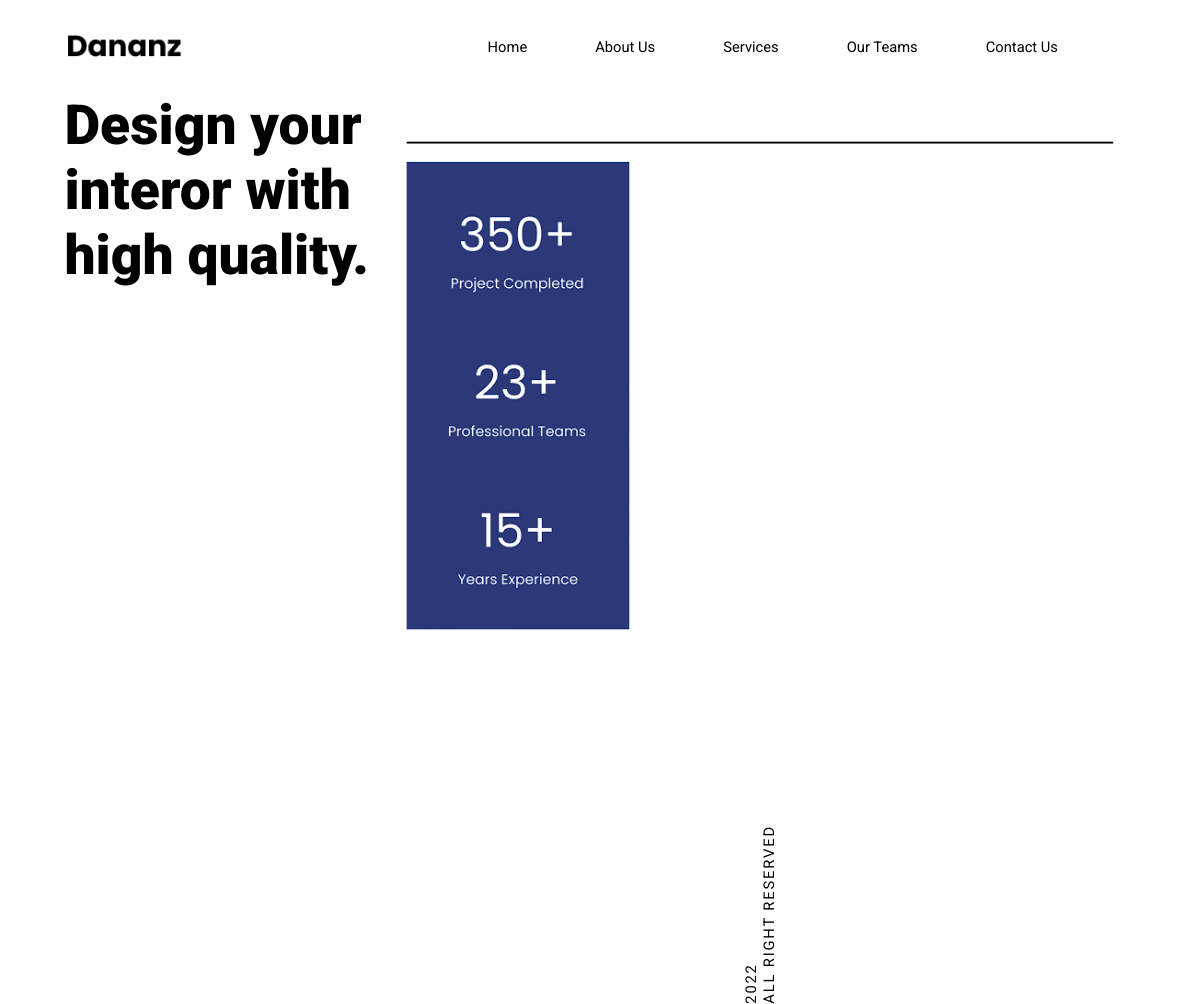
Repository: AsadKasimov/disain
Page: index.html
These files come from the project's save history. The page is drawn as it stood at one moment and after the next save; the edit follows.
The browser window is 1280 px wide. The pictures show the whole page, at 92% of full size.

Above is the page before, as saved 2023-04-20 12:46:10.

After the next save:
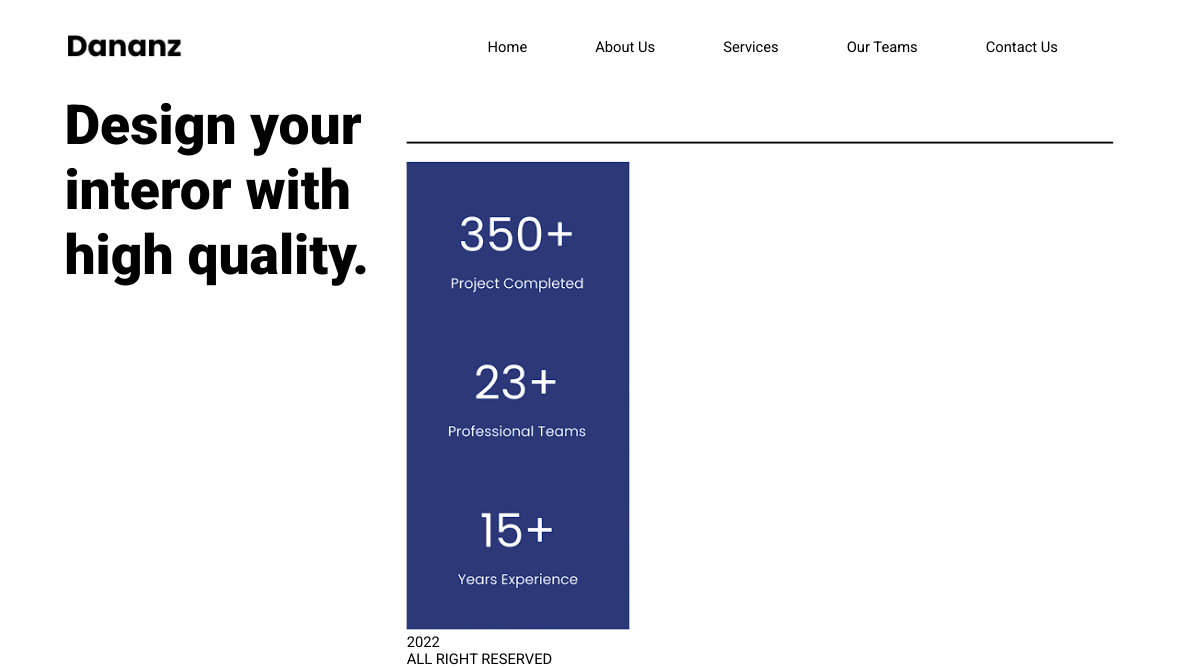
Saved 22 s later.
--- a/style.css
+++ b/style.css
@@ -145,11 +145,11 @@
   display: none;
 }
 
-.img-t{
+/* .img-t{
   text-transform: uppercase;
   letter-spacing: 2px;
   transform: rotate(-90deg);
-}
+} */
 
 @media (max-width: 700px) {
 

After the save that followed:
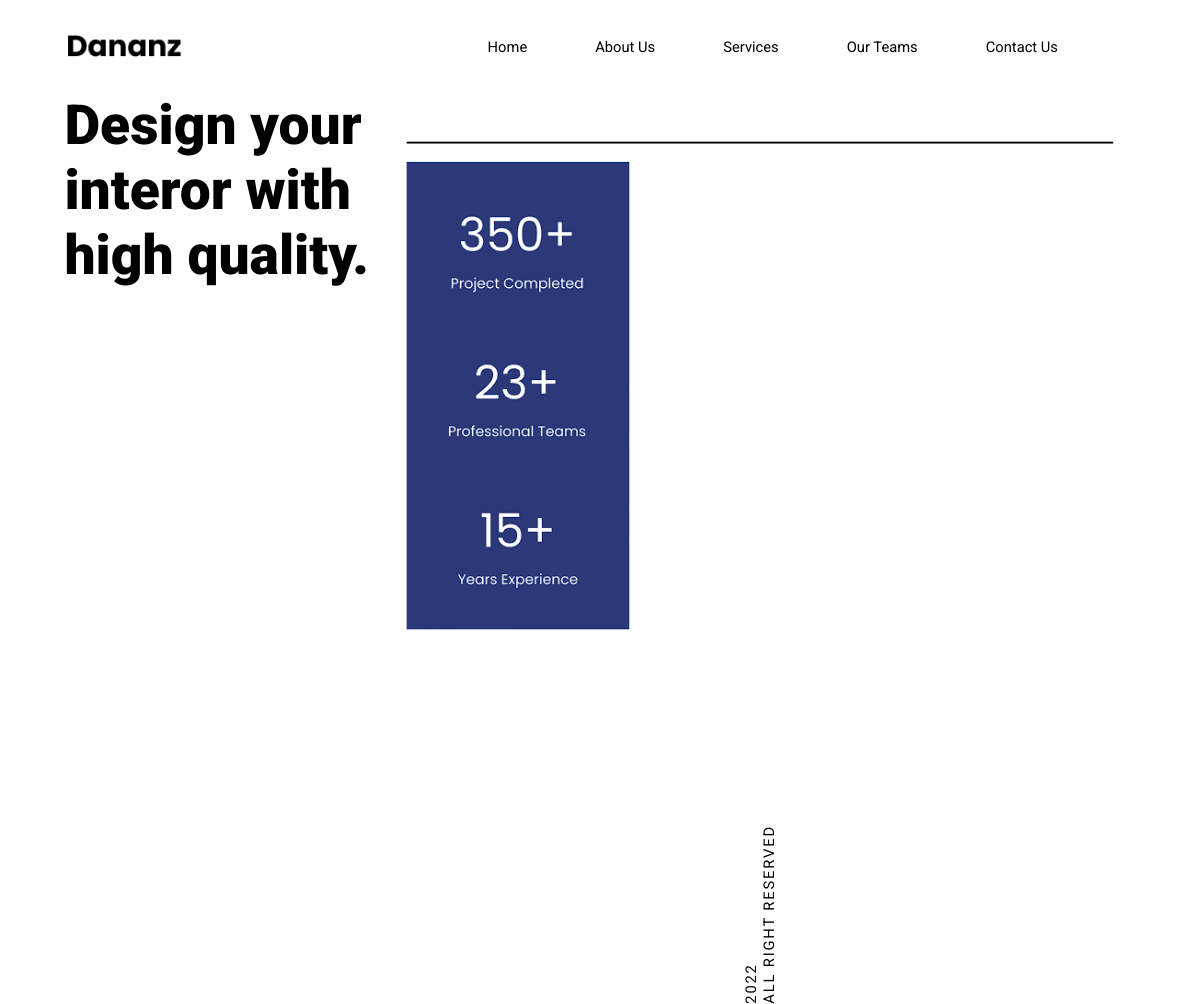
Saved 24 s later.
--- a/style.css
+++ b/style.css
@@ -145,11 +145,11 @@
   display: none;
 }
 
-/* .img-t{
+.img-t{
   text-transform: uppercase;
   letter-spacing: 2px;
   transform: rotate(-90deg);
-} */
+}
 
 @media (max-width: 700px) {
 
